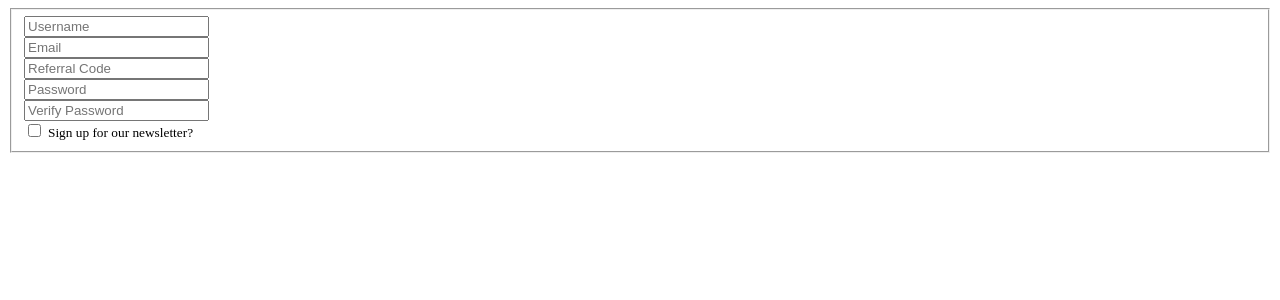
Repository: Malcolmt129/COSC484-assignment1
Page: tueats.html
The author's editor kept a copy of each file at every save. The page is drawn from the files as they stood at one save, then again after the next save.
The browser window is 1280 px wide. The pictures show the whole page.

Above is the page before, as saved 2023-02-08 15:55:39.

### tueats.html
<html>
    <head>
        <link rel="stylesheet" href="tueats.css">
    </head>

    <body>
        <form method="get" action="tueats_completed.html">
            <fieldset>
                <input type="text" name="username" placeholder="Username" required /><br>
                <input type="text" name="email" placeholder="Email" required /><br>
                <input type="text" name="referral code" placeholder="Referral Code" /><br>
                <input type="password" name="password" placeholder="Password" required><br>
                <input type="text" name="password_verify" placeholder="Verify Password" required><br>


                <input type="checkbox" name="SignUp">
                <label for="SignUp" id="SignUpText"> Sign up for our newsletter? </label>


            </fieldset>
        </form>
    </body>
</html>

### tueats.css
#SignUpText {
    font-size: smaller;
}

After the next save:
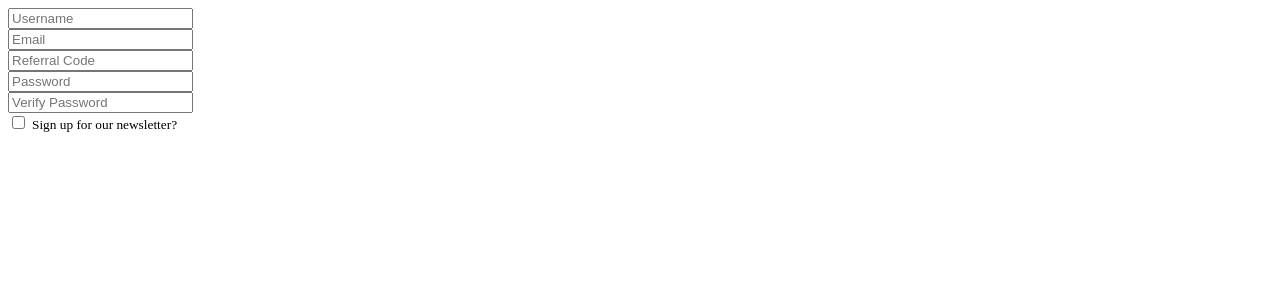
Saved 34 s later.
--- a/tueats.html
+++ b/tueats.html
@@ -5,7 +5,6 @@
 
     <body>
         <form method="get" action="tueats_completed.html">
-            <fieldset>
                 <input type="text" name="username" placeholder="Username" required /><br>
                 <input type="text" name="email" placeholder="Email" required /><br>
                 <input type="text" name="referral code" placeholder="Referral Code" /><br>
